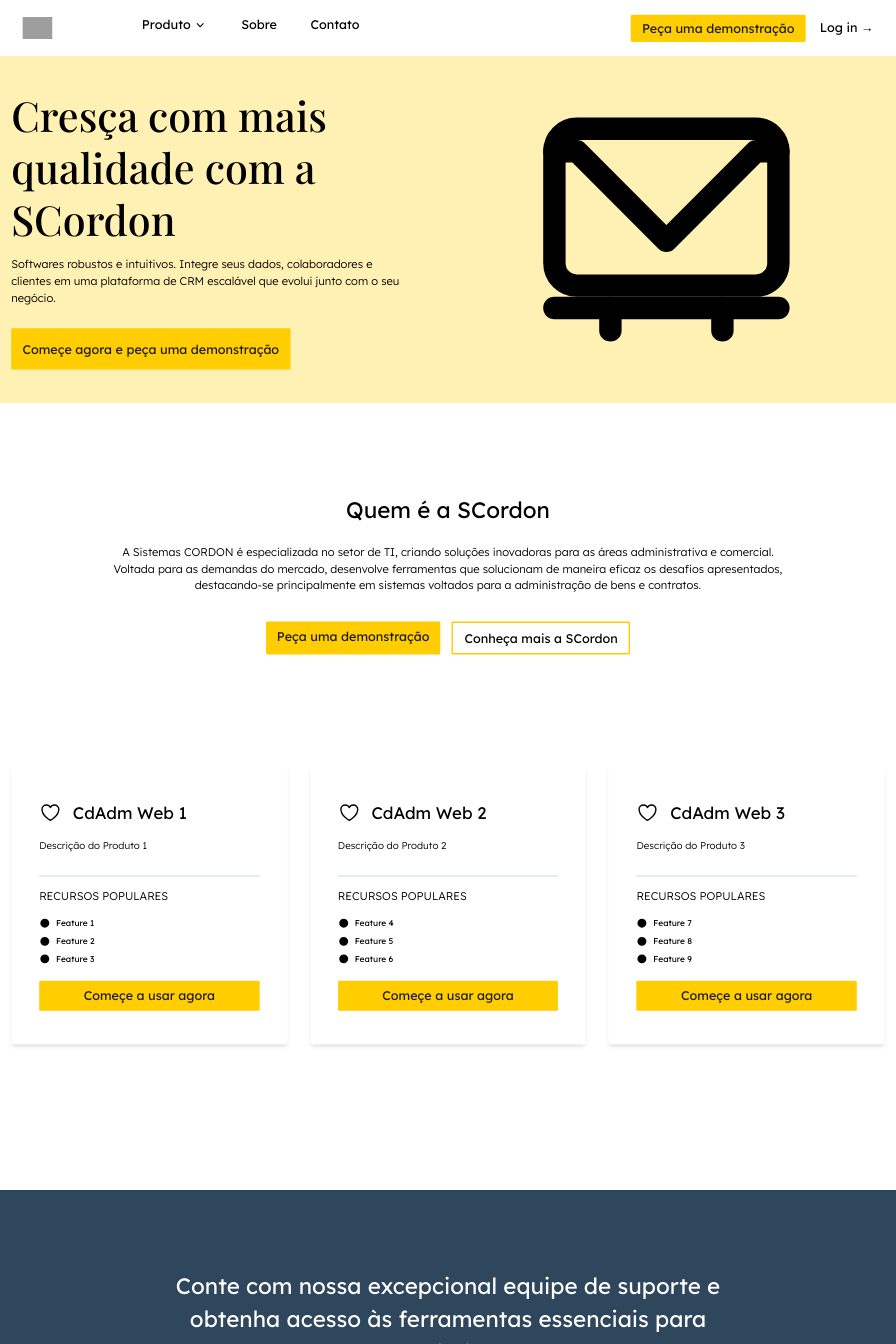
Repository: VereAbsolutum/site-institucional
Page: /
The author's editor kept a copy of each file at every save. The page is drawn from the files as they stood at one save, then again after the next save.
The browser window is 1280 px wide. The pictures show the part of the page from y = 0 to 1920 px (the page is 3121 px tall before and 3132 px after), at 70% of full size.
Pictures or frames that could not be fetched are drawn as grey boxes. The project was rebuilt for these pictures with package versions that can differ from the ones it lists, and the page was loaded fresh each time. Also part of the build but not shown: vite.config.ts, src/presentation/components/buttons/button-base.tsx, src/presentation/components/buttons/button-border-primary.tsx, src/presentation/components/buttons/button-primary.tsx, src/presentation/components/typography/heading3.tsx, src/presentation/pages/not-found/notFound.tsx.

Above is the page before, as saved 2023-04-16 10:58:24.

### src/App.tsx
import React from 'react'
import { BrowserRouter, Routes, Route } from "react-router-dom"
import { Home, NotFound } from './presentation/pages'

const App: React.FC = () => {
  return (
    <BrowserRouter >
      <Routes>
        <Route path='/' element={<Home />} />
        <Route path='*' element={<NotFound />} />
      </Routes>
    </BrowserRouter>
  )
}

export default App

### src/index.css
@import url('https://fonts.googleapis.com/css2?family=Lexend+Deca:wght@300;400&family=Manrope:wght@800&family=Playfair+Display:wght@500&display=swap');

@tailwind base;
@tailwind components;
@tailwind utilities;

### src/presentation/pages/index.ts
export { default as Home } from './home/home'
export { default as NotFound } from './not-found/notFound'

### src/presentation/components/index.ts
export { default as Header } from './header/header'

export { default as ButtonBase } from './buttons/button-base'
export { default as ButtonBorderPrimary } from './buttons/button-border-primary'
export { default as ButtonPrimary } from './buttons/button-primary'

export { default as LinkBase } from './links/link-base'
export { default as LinkPrimary } from './links/link-primary'
export { default as LinkBorderPrimary } from './links/link-border-primary'
export { default as LinkBorderWhite } from './links/link-border-white'

export { default as TextBase } from './typography/text-base'
export { default as TextDisplay } from './typography/display'
export { default as TextHeading1 } from './typography/heading1'
export { default as TextHeading2 } from './typography/heading2'
export { default as TextHeading3 } from './typography/heading3'
export { default as TextParagraph } from './typography/paragraph'
export { default as TextParagraphSmall } from './typography/paragraph-small'
export { default as TextCaption } from './typography/caption'
export { default as TextMenu } from './typography/menu'

export { default as List } from './list/list'

export { default as GridItem } from './grid/grid-item'

export { default as Footer } from './footer/footers'

### src/presentation/components/card/product-card.tsx
import { HeartIcon } from '@heroicons/react/24/outline';
import React from 'react';
import { LinkPrimary, List, TextCaption, TextParagraph, TextParagraphSmall } from '..';

export type ProductCardProps = {
    imageUrl: string;
    title: string;
    description: string;
    features: string[];
    ctaText: string;
    ctaHref: string;
};

const ProductCard: React.FC<ProductCardProps> = (cardContent: ProductCardProps) => {
    return (
        <div className="bg-white p-6 rounded shadow-md px-10 py-12 transform hover:scale-[1.02] duration-500 ease-in-out">
            <div className="flex flex-col">
                <div className="flex items-center mb-4">
                    <HeartIcon className="w-8 h-auto mr-4 text-blue-500" />
                    <h3 className="font-medium text-[24px]">{cardContent.title}</h3>
                </div>
                <div>
                    <p className="mb-8">
                        <TextParagraphSmall>
                            {/* Conheça a sua nova plataforma digital feita para fornecer todas as ferramentas necessárias para a administração da sua imobiliária. */}
                            {cardContent.description}
                        </TextParagraphSmall>
                    </p>
                    <div className='border-t-black border-t border-solid'>
                        <h4 className='my-4'>
                            <TextParagraph>
                                RECURSOS POPULARES
                            </TextParagraph>
                        </h4>
                        <List items={cardContent.features} />
                        <div className='mt-5'>
                            <LinkPrimary className="block text-center py-2" href={cardContent.ctaHref}>
                                Começe a usar agora
                            </LinkPrimary>
                        </div>
                    </div>
                </div>
            </div>
        </div>
    );
};

export default ProductCard;

### src/presentation/pages/home/components/index.ts
export * from './product-card-data'

### src/presentation/components/header/header.tsx
import React, { useState } from 'react'
import {
    Bars3Icon,
    ChartPieIcon,
    CursorArrowRaysIcon,
    FingerPrintIcon,
} from '@heroicons/react/24/outline'
import { PhoneIcon, PlayCircleIcon } from '@heroicons/react/20/solid'
import { MainMenu, MobileMenu } from './components'
import { ButtonPrimary, LinkPrimary, TextMenu, TextParagraphSmall } from '..'

const products = [
    { name: 'CdAdm Web', description: 'Get a better understanding of your traffic', href: '#', icon: ChartPieIcon },
    { name: 'CdAdm Grafico', description: 'Speak directly to your customers', href: '#', icon: CursorArrowRaysIcon },
    { name: 'CdFin', description: 'Your customers’ data will be safe and secure', href: '#', icon: FingerPrintIcon }
]
const callsToAction = [
    { name: 'Assista a Demo', href: '#', icon: PlayCircleIcon },
    { name: 'Contato', href: '#', icon: PhoneIcon },
]

function classNames(...classes: string[]) {
    return classes.filter(Boolean).join(' ');
}

const header: React.FC = () => {
    const [mobileMenuOpen, setMobileMenuOpen] = useState(false)

    return (
        <header className="bg-white">
            <nav className="mx-auto flex max-w-7xl items-center justify-between p-6 lg:px-8" aria-label="Global">

                <div className="flex lg:flex-1">
                    <a href="#" className="-m-1.5 p-1.5">
                        <span className="sr-only">SCordon</span>
                        <img className="h-8 w-auto" src="https://tailwindui.com/img/logos/mark.svg?color=indigo&shade=600" alt="" />
                    </a>

                    {/* main menu */}
                    <div className='ml-32'>
                        <MainMenu products={products} />
                    </div>
                </div>

                <div className="flex lg:hidden">
                    {/* Button */}
                    <button
                        type="button"
                        className="-m-2.5 inline-flex items-center justify-center rounded-md p-2.5 text-gray-700"
                        onClick={() => setMobileMenuOpen(true)}
                    >
                        <span className="sr-only">Open main menu</span>
                        <Bars3Icon className="h-6 w-6" aria-hidden="true" />
                    </button>
                </div>



                <div className="hidden lg:flex lg:flex-1 lg:justify-end align-items: center">
                    <div className='mr-5'>
                        <LinkPrimary className='py-2'>
                            <TextMenu>
                                Peça uma demonstração
                            </TextMenu>
                        </LinkPrimary>
                    </div>
                    <div className="flex items-center">
                        <a href="#" className="text-lg font-medium leading-6 font-semibold">
                            Log in <span aria-hidden="true">&rarr;</span>
                        </a>
                    </div>
                    {/* Button */}
                </div>
            </nav>

            <MobileMenu
                mobileMenuOpen={mobileMenuOpen}
                setMobileMenuOpen={setMobileMenuOpen}
                products={products}
                callsToAction={callsToAction}
            />
        </header>
    )
}

export default header

### src/presentation/components/links/link-base.tsx
import React from 'react';

export type LinkBaseProps = React.AnchorHTMLAttributes<HTMLAnchorElement> & {
    className?: string;
};

const linkBase: React.FC<LinkBaseProps> = ({ children, className, ...rest }) => {
    const baseClasses =
        'duration-500 ease-in-out font-semibold cursor-pointer rounded-sm focus:outline-none focus:ring-2 focus:ring-blue-400 focus:ring-opacity-75';

    return (
        <a className={`${baseClasses} ${className}`} {...rest}>
            {children}
        </a>
    );
};

export default linkBase;

### src/presentation/components/links/link-primary.tsx
// FilledButton.tsx
import React from 'react';
import { LinkBase } from '..';
import { LinkBaseProps } from './link-base';

const linkPrimary: React.FC<LinkBaseProps> = ({ className, ...rest }) => {
    const baseClasses = 'px-4 py-1 text-lg font-400 text-black duration-100 bg-yellow hover:bg-opacity-40';

    return <LinkBase className={`${baseClasses} ${className}`} {...rest} />;
};

export default linkPrimary;

### src/presentation/components/links/link-border-primary.tsx
// FilledButton.tsx
import React from 'react';
import { LinkBase } from '..';
import { LinkBaseProps } from './link-base';

const linkBorderPrimary: React.FC<LinkBaseProps> = ({ className, ...rest }) => {
    const baseClasses = 'px-4 py-1 hover:bg-yellow-300 duration-500 ease-in-out border border-solid border-2 border-yellow bg-transparent border text-blue-500';

    return <LinkBase className={`${baseClasses} ${className}`} {...rest} />;
};

export default linkBorderPrimary;

### src/presentation/components/links/link-border-white.tsx
// FilledButton.tsx
import React from 'react';
import { LinkBase } from '..';
import { LinkBaseProps } from './link-base';

const linkBorderWhite: React.FC<LinkBaseProps> = ({ className, ...rest }) => {
    const baseClasses = 'py-1 text-white bg-black hover:bg-yellow-40 border-2 border-white border';

    return <LinkBase className={`${baseClasses} ${className}`} {...rest} />;
};

export default linkBorderWhite;

### src/presentation/components/typography/text-base.tsx
import React from 'react';

export type TextBaseProps = React.HTMLAttributes<HTMLSpanElement> & {
    className?: string;
};

const textBase: React.FC<TextBaseProps> = ({ children, className, ...rest }) => {
    const baseClasses = '';

    return (
        <span className={`${baseClasses} ${className}`} {...rest}>
            {children}
        </span>
    );
};

export default textBase;

### src/presentation/components/typography/display.tsx
import React from 'react';
import { TextBase } from '..';
import { TextBaseProps } from './text-base';

const textDisplay: React.FC<TextBaseProps> = ({ children, className, ...rest }) => {
    const baseClasses = 'text-[2.25rem] lg:text-3xl sm:pr-2 font-medium leading-tight font-display';

    return (
        <TextBase className={`${baseClasses} ${className}`} {...rest}>
            {children}
        </TextBase>
    );
};

export default textDisplay;

### src/presentation/components/typography/heading1.tsx
import React from 'react';
import { TextBase } from '..';
import { TextBaseProps } from './text-base';

const textHeading1: React.FC<TextBaseProps> = ({ children, className, ...rest }) => {
    const baseClasses = 'text-2xl font-semibold';

    return (
        <TextBase className={baseClasses}>
            {children}
        </TextBase>
    );
};

export default textHeading1;

### src/presentation/components/typography/heading2.tsx
import React from 'react';
import { TextBase } from '..';
import { TextBaseProps } from './text-base';

const textHeading2: React.FC<TextBaseProps> = ({ children, className, ...rest }) => {
    const baseClasses = 'text-xxl font-semibold';

    return (
        <TextBase className={baseClasses}>
            {children}
        </TextBase>
    );
};

export default textHeading2;

### src/presentation/components/typography/paragraph.tsx
import React from 'react';
import { TextBase } from '..';
import { TextBaseProps } from './text-base';

const textParagraph: React.FC<TextBaseProps> = ({ children, className, ...rest }) => {
    const baseClasses = 'text-base font-300';

    return (
        <TextBase className={`${baseClasses} ${className}`} {...rest}>
            {children}
        </TextBase>
    );
};

export default textParagraph;

### src/presentation/components/typography/paragraph-small.tsx
import React from 'react';
import { TextBase } from '..';
import { TextBaseProps } from './text-base';

const textParagraphSmall: React.FC<TextBaseProps> = ({ children, className, ...rest }) => {
    const baseClasses = 'text-sm font-300';

    return (
        <TextBase className={baseClasses} {...rest}>
            {children}
        </TextBase>
    );
};

export default textParagraphSmall;

### src/presentation/components/typography/caption.tsx
import React from 'react';
import { TextBase } from '..';
import { TextBaseProps } from './text-base';

const textCapiton: React.FC<TextBaseProps> = ({ children, className, ...rest }) => {
    const baseClasses = 'text-xs font-500';

    return (
        <TextBase className={baseClasses} {...rest}>
            {children}
        </TextBase>
    );
};

export default textCapiton;

### src/presentation/components/typography/menu.tsx
import React from 'react';
import { TextBase } from '..';
import { TextBaseProps } from './text-base';

const textMenu: React.FC<TextBaseProps> = ({ children, className, ...rest }) => {
    const baseClasses = 'text-lg font-500';

    return (
        <TextBase className={`${baseClasses} ${className}`} {...rest}>
            {children}
        </TextBase>
    );
};

export default textMenu;

### src/presentation/components/list/list.tsx
import React, { ReactNode } from 'react'
import { TextCaption } from '..'
import { Item } from './components'

export type ListProps = {
    items: string[]
}

const List: React.FC<ListProps> = ({ items }) => {
    return (
        <ul>
            {items && items.map((item, index) =>
                <Item key={index} value={item} />
            )}
        </ul>
    )
}

export default List

### src/presentation/components/grid/grid-item.tsx
import { HeartIcon } from "@heroicons/react/24/outline";
import { Children, ReactNode } from "react";
import { TextHeading1, TextParagraph } from "..";

export type GridItemProps = {
    index: number,
    className: string
}

const gridItem: React.FC<GridItemProps> = ({ index, className }) => {
    const borderClasses = () => {
        let classes = 'border-white border-opacity-30';

        if (index % 2 !== 0) {
            classes += ' border-l-2';
        }
        if (Math.floor(index / 2) !== 0) {
            classes += ' border-t-2 sm:border-t-0';
        }
        if (index % 4 !== 0 && index >= 2) {
            classes += ' md:border-l-2';
        }
        if (Math.floor(index / 4) !== 0) {
            classes += ' md:border-t-2';
        }

        return classes;
    };

    return (
        <div className={`flex flex-col items-center ${borderClasses()} ${className}`}>
            <p>
                <HeartIcon className="w-8 h-auto text-blue-500" />
            </p>
            <h3>
                <TextHeading1>11</TextHeading1>
            </h3>
            <p>
                <TextParagraph className="font-500">resolvidos</TextParagraph>
            </p>
        </div>
    );
};

export default gridItem

### src/presentation/components/footer/footers.tsx
import React from 'react';
import { PhoneIcon, HomeIcon } from '@heroicons/react/20/solid';

const footer = () => {
    return (
        <footer className="bg-yellow-40 text-black py-6">
            <div className="container mx-auto py-4">
                <div>
                    <div className="flex justify-center items-center">
                        <span className="border-t-2 border-solid border-black flex-grow"></span>
                        <div className="flex justify-center mx-16">
                            <a href="#" className="mx-2">
                                <PhoneIcon className="w-6 h-6" />
                            </a>
                            <a href="#" className="mx-2">
                                <PhoneIcon className="w-6 h-6" />
                            </a>
                            <a href="#" className="mx-2">
                                <PhoneIcon className="w-6 h-6" />
                            </a>
                        </div>
                        <span className="border-t-2 border-solid border-black flex-grow"></span>
                    </div>

                    <div className="text-center">
                        <HomeIcon className="w-12 h-12 mx-auto mb-2" />
                        <p className="text-sm">&copy; {new Date().getFullYear()} Your Company. Todos os direitos reservados.</p>
                    </div>
                </div>
            </div>
        </footer>
    );
};

export default footer;

### src/presentation/pages/home/components/product-card-data.ts
import { ProductCardProps } from "../../../components/card/product-card";

export const productCardData: ProductCardProps[] = [
    {
        imageUrl: 'https://example.com/image1.jpg',
        title: 'CdAdm Web 1',
        description: 'Descrição do Produto 1',
        features: ['Feature 1', 'Feature 2', 'Feature 3'],
        ctaText: 'Começe a usar agora',
        ctaHref: '/get-started-1',
    },
    {
        imageUrl: 'https://example.com/image2.jpg',
        title: 'CdAdm Web 2',
        description: 'Descrição do Produto 2',
        features: ['Feature 4', 'Feature 5', 'Feature 6'],
        ctaText: 'Começe a usar agora',
        ctaHref: '/get-started-2',
    },
    {
        imageUrl: 'https://example.com/image3.jpg',
        title: 'CdAdm Web 3',
        description: 'Descrição do Produto 3',
        features: ['Feature 7', 'Feature 8', 'Feature 9'],
        ctaText: 'Começe a usar agora',
        ctaHref: '/get-started-3',
    },
];

### src/presentation/components/header/components/index.ts
export { default as MobileMenu } from './mobile-menu'
export { default as MainMenu } from './main-menu'

### src/presentation/components/list/components/index.ts
export { default as Item } from './item'

### src/presentation/components/list/components/item.tsx
import React, { ReactNode } from 'react';
import { TextCaption } from '../..';

export type Item = {
    value: ReactNode
}

const item: React.FC<Item> = ({ value }) => {
    return (
        <li className='list-none flex items-center mb-1'>
            <svg className="w-4 h-4 mr-2 text-green-500 h-[1.35rem]" viewBox="0 0 20 20" fill="currentColor">
                <path d="M10 18a8 8 0 100-16 8 8 0 000 16zm1-13a1 1 0 10-2 0v4a1 1 0 00.293.707l2.828 2.829a1 1 0 101.415-1.415L11 9.586V5z"></path>
            </svg>
            <TextCaption>
                {value}
            </TextCaption>
        </li>
    );
};

export default item;

Loaded but not shown: index.html (common file); src/main.tsx (common file); tailwind.config.js (54 lines, source omitted); src/presentation/pages/home/home.tsx (122 lines, source omitted); src/presentation/components/header/components/mobile-menu.tsx (118 lines, source omitted); src/presentation/components/header/components/main-menu.tsx (79 lines, source omitted)

After the next save:
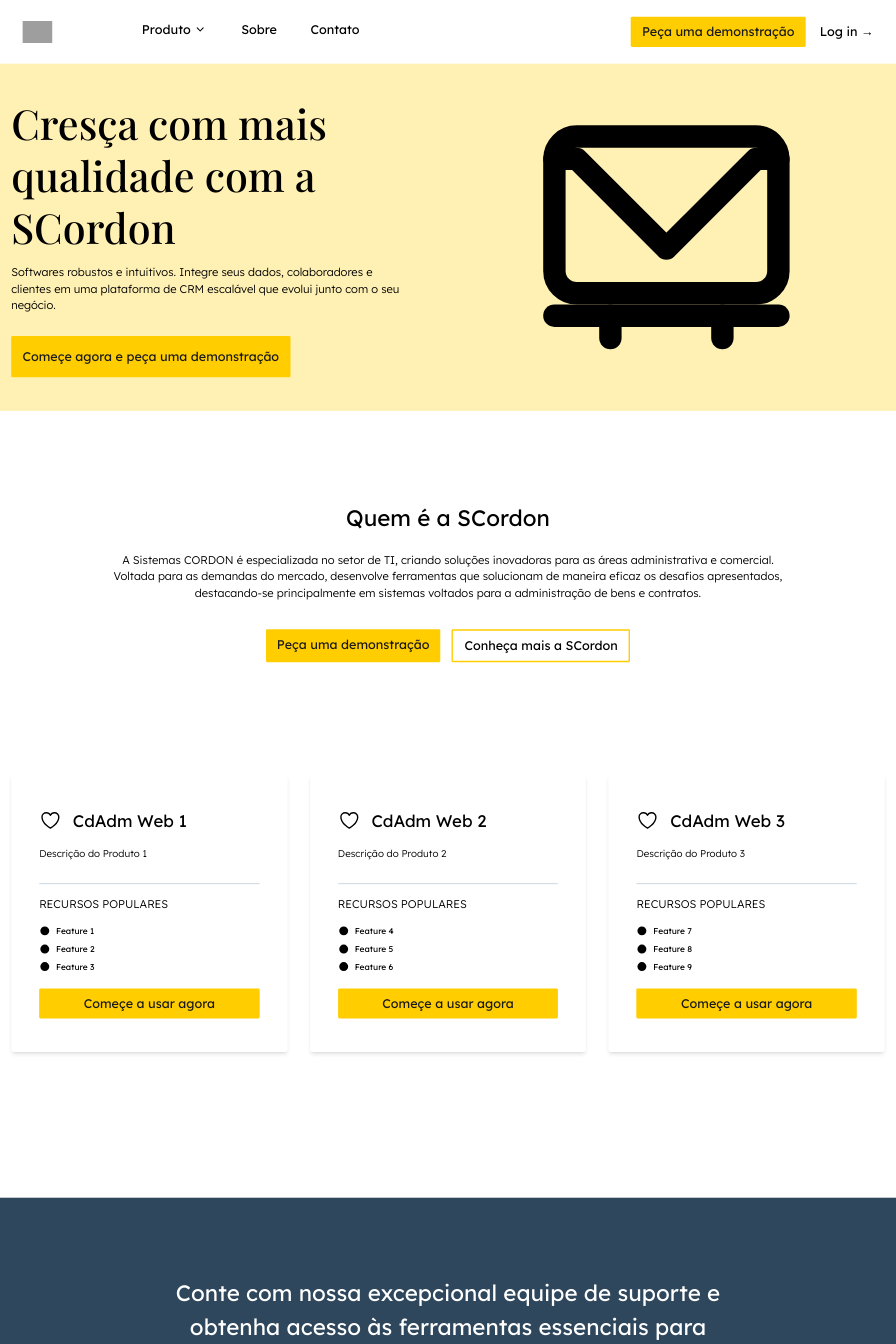
Saved 19 s later.
--- a/src/presentation/components/links/link-primary.tsx
+++ b/src/presentation/components/links/link-primary.tsx
@@ -4,7 +4,7 @@ import { LinkBase } from '..';
 import { LinkBaseProps } from './link-base';
 
 const linkPrimary: React.FC<LinkBaseProps> = ({ className, ...rest }) => {
-    const baseClasses = 'px-4 py-1 text-lg font-400 text-black duration-100 bg-yellow hover:bg-opacity-40';
+    const baseClasses = 'px-4 py-1 block text-lg font-400 text-black duration-100 bg-yellow hover:bg-opacity-40';
 
     return <LinkBase className={`${baseClasses} ${className}`} {...rest} />;
 };
